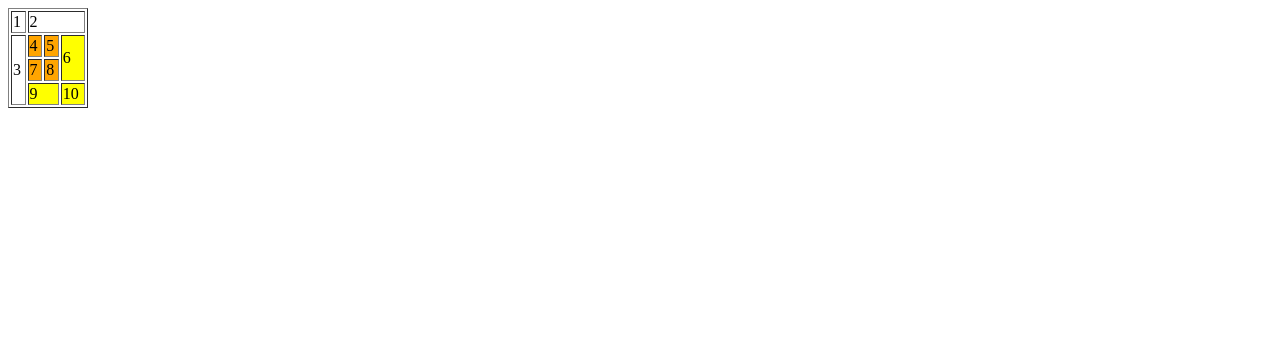
Repository: PhamChiXuan1/HTCNW_tuan3_DHCNTT16C_PhamChiXuan_20030131
Page: bt6.html
An editor plug-in stored every save of this project. The page is shown before and after the next save, followed by the edit.
The browser window is 1280 px wide. The pictures show the whole page.

Above is the page before, as saved 2022-02-26 22:32:16.

After the next save:
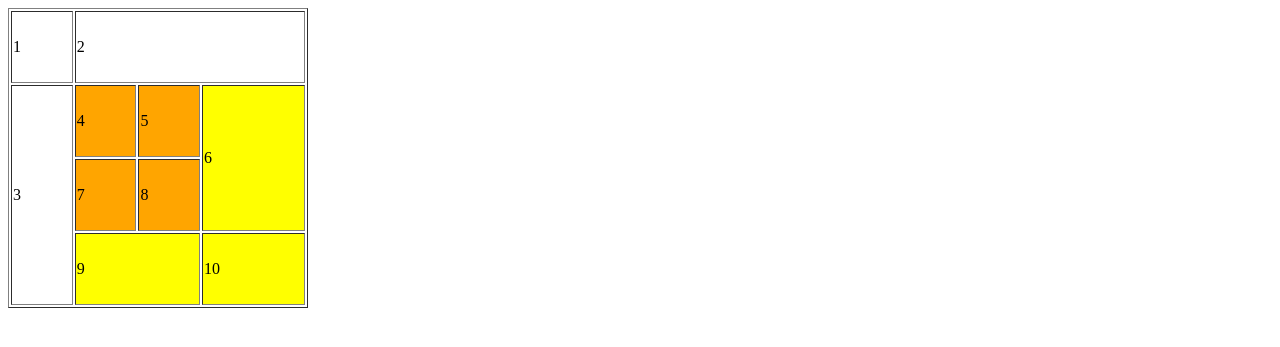
Saved 92 s later.
--- a/bt6.html
+++ b/bt6.html
@@ -7,7 +7,7 @@
     <title>Document</title>
 </head>
 <body>
-    <table border="1" width="80px">
+    <table border="1" width="300px" height="300">
       <tr>
         <td>1</td>
         <td colspan="3">2</td>
